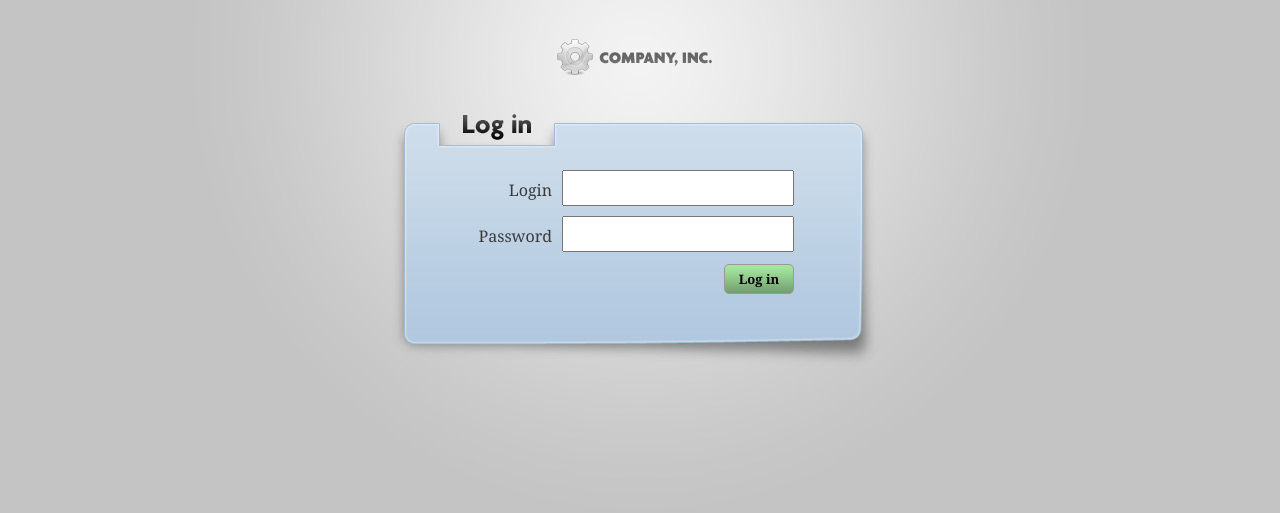
Repository: zlenyk/wrzucak
Page: Shop/WebContent/index.html
An editor plug-in stored every save of this project. The page is shown before and after the next save, followed by the edit.
The browser window is 1280 px wide. The pictures show the whole page.

Above is the page before, as saved 2013-09-20 09:54:29.

After the next save:
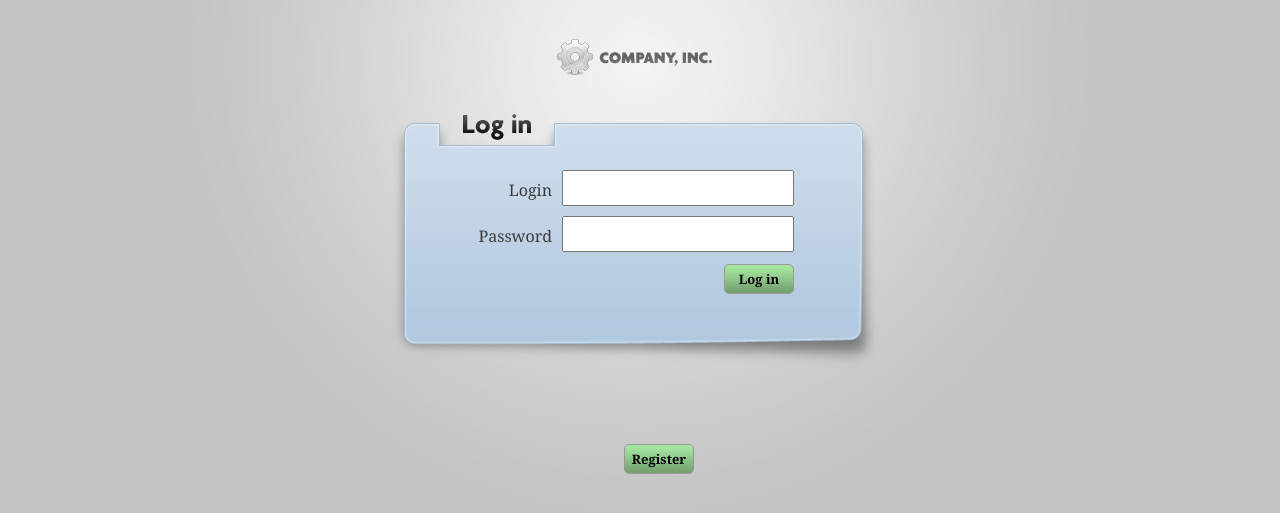
Saved 2 min 35 s later.
--- a/Shop/WebContent/index.html
+++ b/Shop/WebContent/index.html
@@ -33,6 +33,11 @@
 		</fieldset>
 	</form>
 
+	<form id="login-form" method="post" action="http://localhost:8080/Shop/Registration">
+		<fieldset>
+			<input type="submit" style="margin: -20px 0 0 187px;" class="button" name="commit" value="Register"/>
+		</fieldset>
+	</form>
 </body>
 
 </html>
